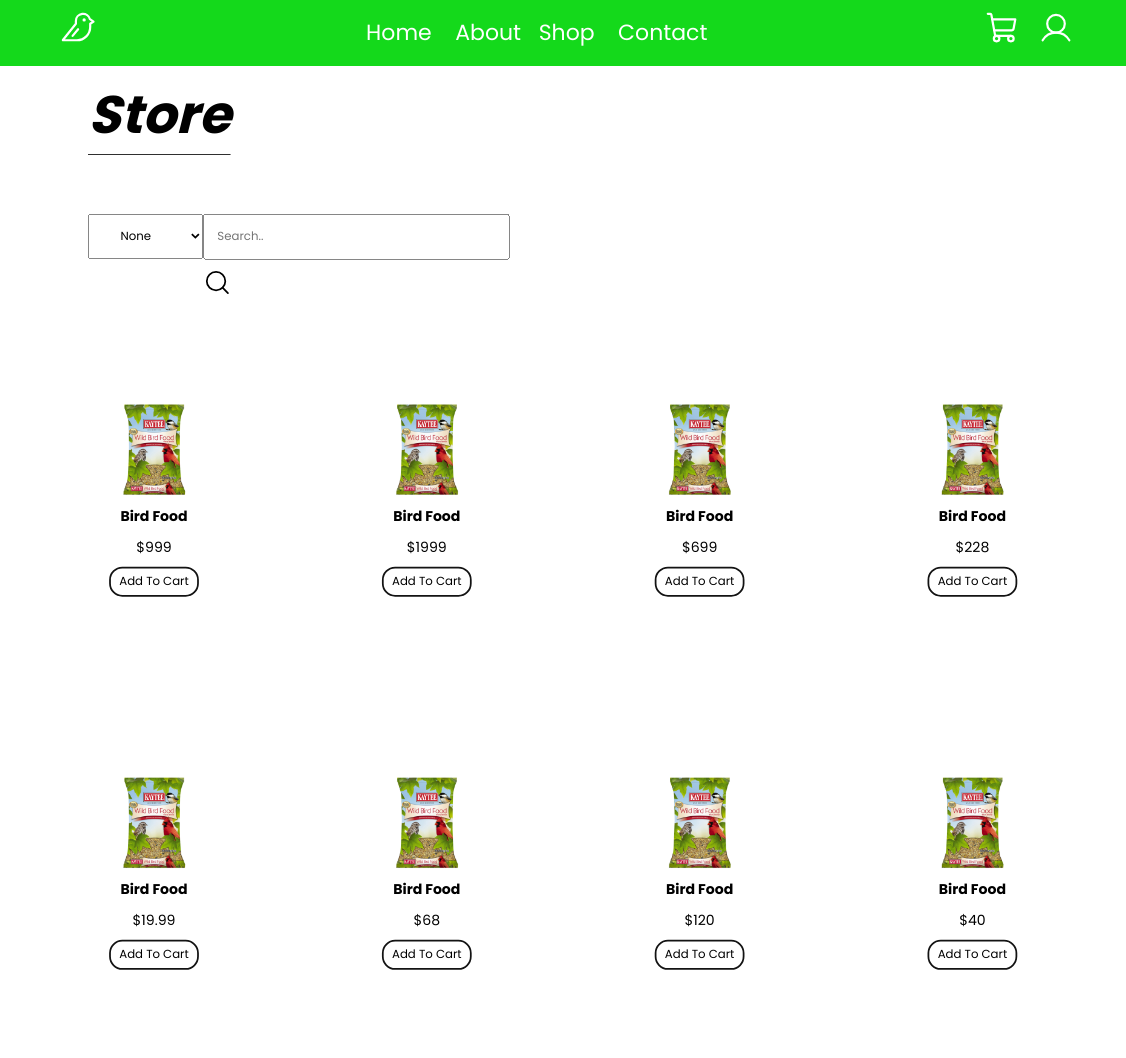
Repository: Vuhainam64/SWP391
Page: / (app in React/swp391-app/)
The author's editor kept a copy of each file at every save. The page is drawn from the files as they stood at one save, then again after the next save.
The browser window is 1280 px wide. The pictures show the whole page, at 88% of full size.
The project was rebuilt for these pictures with package versions that can differ from the ones it lists, and the page was loaded fresh each time. Also part of the build but not shown: React/swp391-app/src/pages/register/register.jsx, React/swp391-app/src/pages/home/home.jsx, React/swp391-app/src/pages/about/about.jsx, React/swp391-app/src/pages/contact/contact.jsx, React/swp391-app/src/pages/cart/cart-item.jsx, React/swp391-app/src/pages/cart/cart.css, React/swp391-app/src/pages/cart/cart.jsx.

Above is the page before, as saved 2023-06-01 13:32:09.

After the next save:
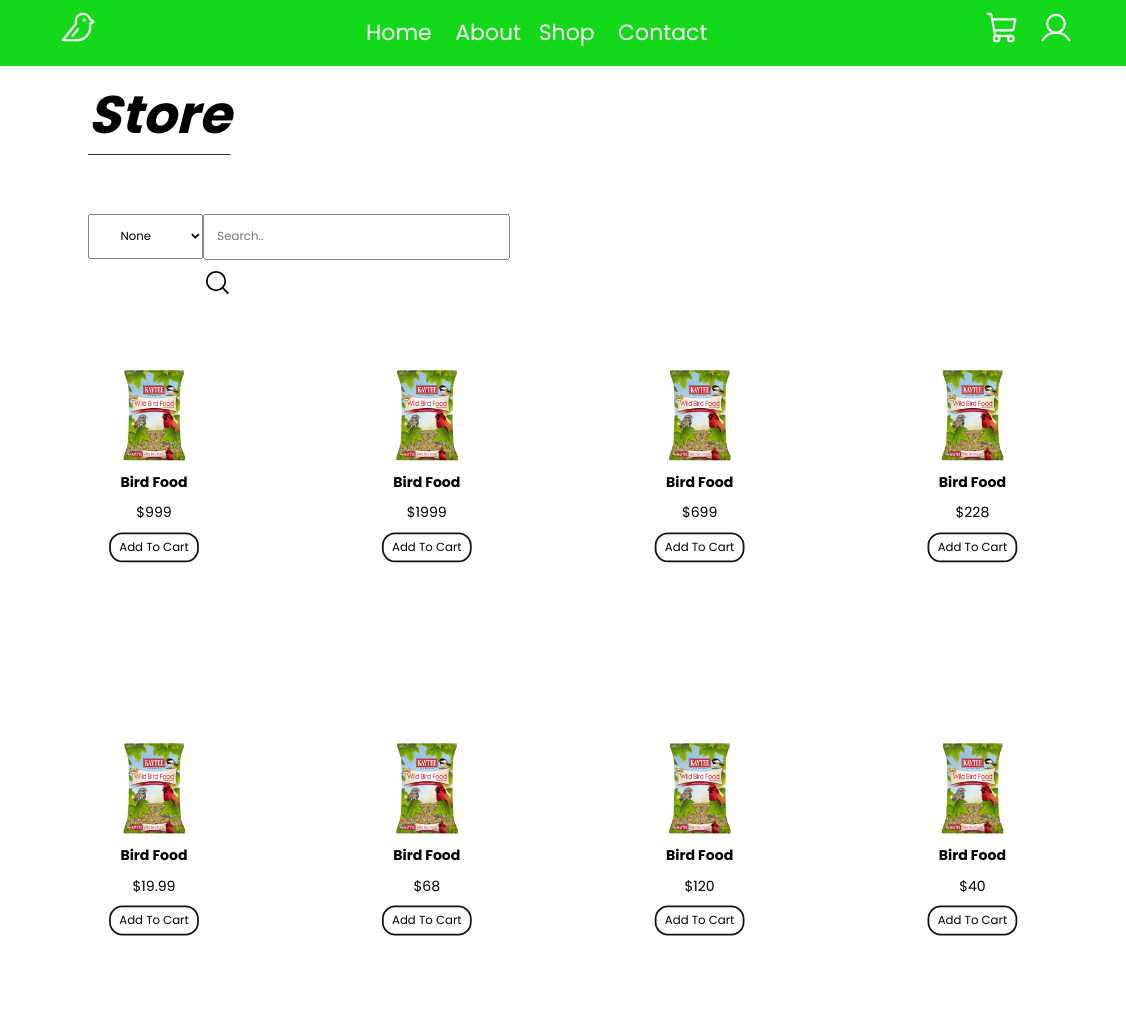
Saved 38 s later.
--- a/React/swp391-app/src/pages/shop/shop.css
+++ b/React/swp391-app/src/pages/shop/shop.css
@@ -90,7 +90,9 @@
 .search-bar {
     width: 30%;
 }
-
+.search-bar input{
+    position: relative;
+}
 .icon-search {
-
+    position: absolute;
 }
